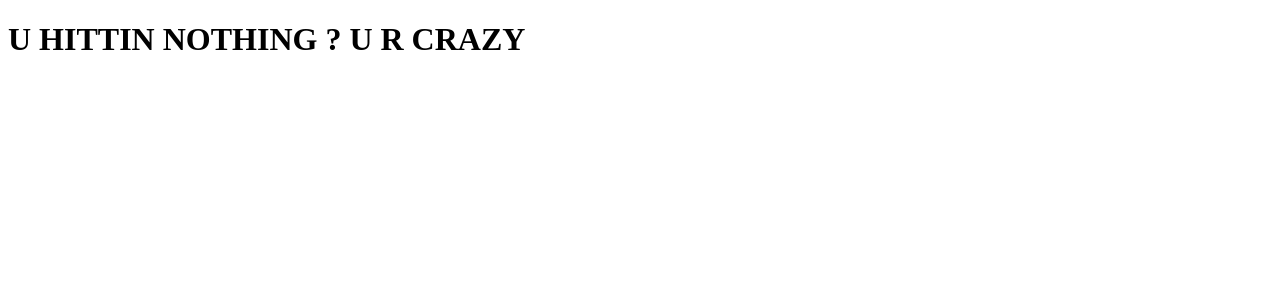
Repository: ollylll97lll/SpringBoot
Page: http://localhost/spring-mvc-demo/jimprocess
An editor plug-in stored every save of this project. The page is shown before and after the next save, followed by the edit.
The browser window is 1280 px wide. The pictures show the whole page.
The page is served by Tomcat 9. Other server files are loaded and not shown.

Above is the page before, as saved 2022-07-12 08:05:07.

### TestJava/spring-mvc-demo/WebContent/WEB-INF/view/jimprocess.jsp
<!DOCTYPE html>
<html>
<body>
	<h1> U HITTIN ${param.jimask ? param.jimask : "NOTHING"} ? U R CRAZY</h1>
</body>
</html>

After the next save:
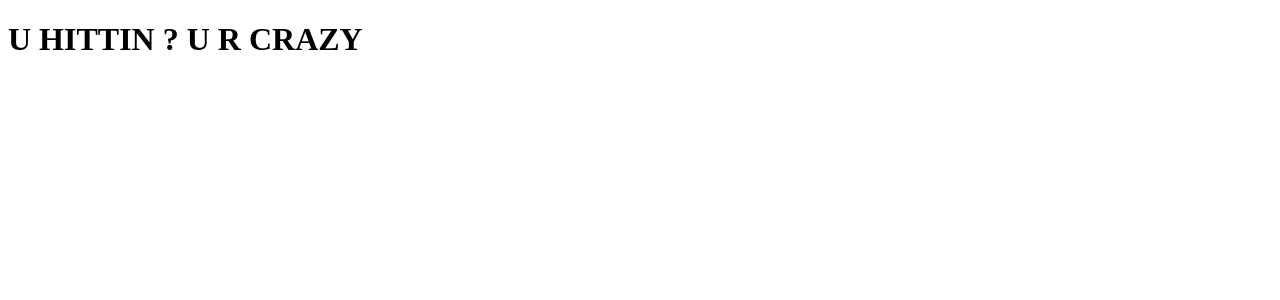
Saved 2 min 12 s later.
--- a/TestJava/spring-mvc-demo/WebContent/WEB-INF/view/jimprocess.jsp
+++ b/TestJava/spring-mvc-demo/WebContent/WEB-INF/view/jimprocess.jsp
@@ -1,6 +1,6 @@
 <!DOCTYPE html>
 <html>
 <body>
-	<h1> U HITTIN ${param.jimask ? param.jimask : "NOTHING"} ? U R CRAZY</h1>
+	<h1> U HITTIN ${param.jimask} ? U R CRAZY</h1>
 </body>
 </html>
